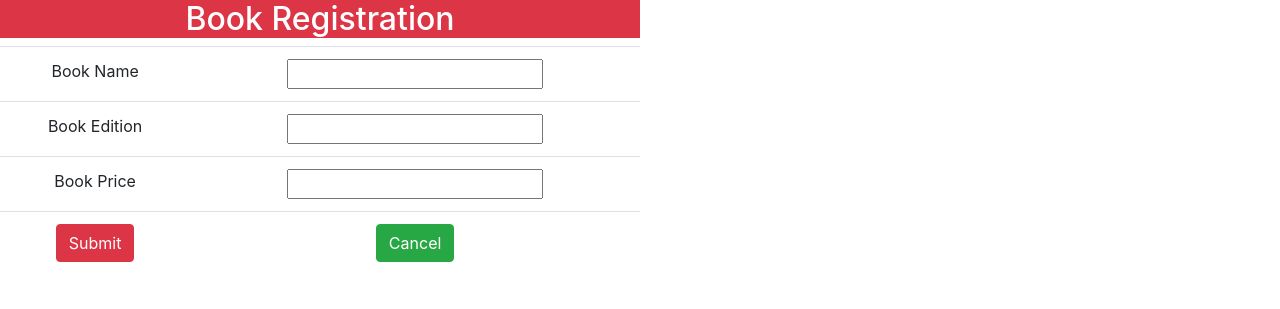
Repository: meriam0000/servlet
Page: BookWebApp/src/main/webapp/Home.html
The author's editor kept a copy of each file at every save. The page is drawn from the files as they stood at one save, then again after the next save.
The browser window is 1280 px wide. The pictures show the whole page.

Above is the page before, as saved 2024-02-12 20:41:09.

After the next save:
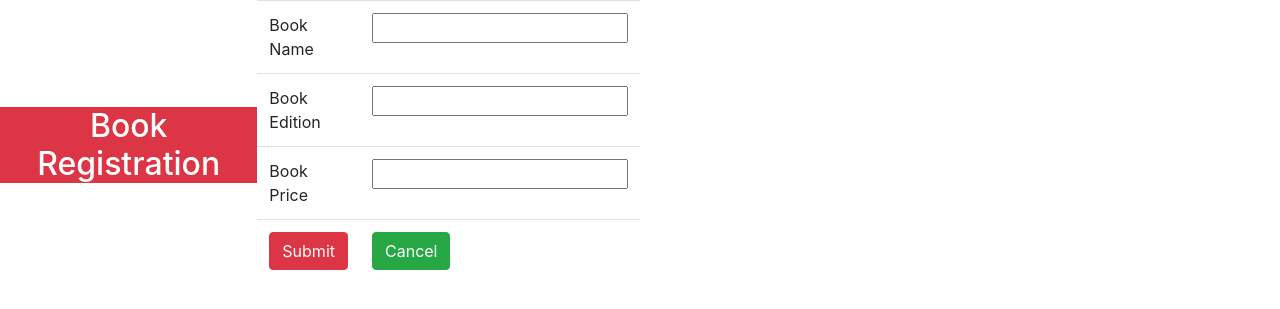
Saved 7 min 10 s later.
--- a/BookWebApp/src/main/webapp/Home.html
+++ b/BookWebApp/src/main/webapp/Home.html
@@ -5,7 +5,7 @@
 <title>Book Registration</title>
 <link rel="stylesheet"  href="css/bootstrap.css ">
 </head>
-<body class="container-fluid-card text-center" style="width:40rem;" >
+<body class="container-fluid-card d-flex justify-content-center align-items-center"" style="width:40rem;" >
 <h2 class="bg-danger text-white text-center">Book Registration </h2>
 <form action="register" method="post" >
 <table class="table table-hover" >
